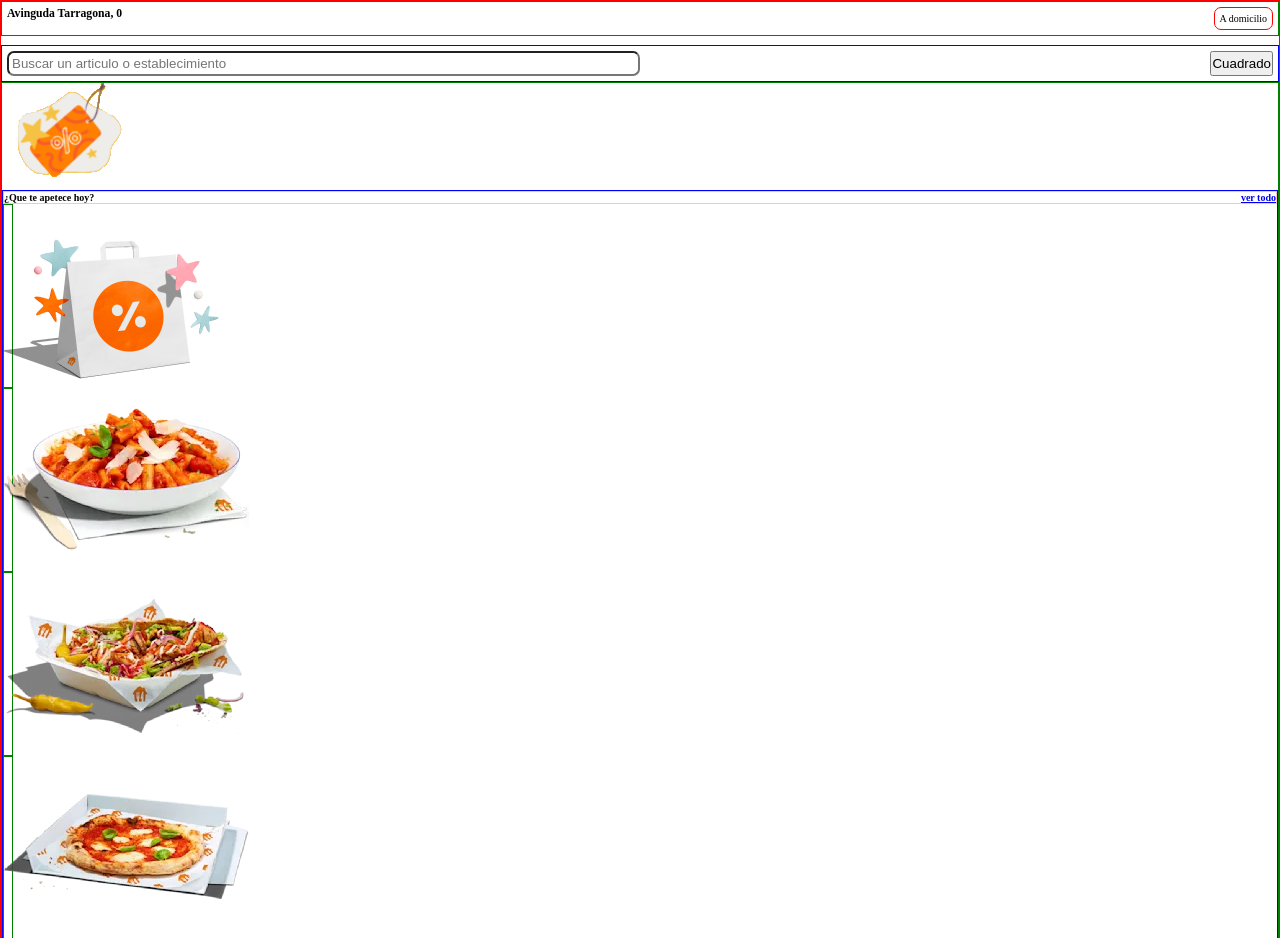
Repository: Srpinedaa/justEat
Page: index.html
The author's editor kept a copy of each file at every save. The page is drawn from the files as they stood at one save, then again after the next save.
The browser window is 1280 px wide. The pictures show the part of the page from y = 0 to 938 px (the page is 1992 px tall before and 2005 px after).
A picture or video elsewhere on the page could not be fetched, so the positions and the page height are approximate.

Above is the page before, as saved 2024-09-26 16:11:12.

### index.html
<!DOCTYPE html>
<html lang="en">

<head>
    <meta charset="UTF-8">
    <meta name="viewport" content="width=, initial-scale=1.0">
    <title>Just Eat</title>
    <link rel="stylesheet" href="css/estilos.css">
</head>

<body>
    <div id="all">
        <header>
            <div id="navDireccion">
                <h3 class = "direccion">Avinguda Tarragona, 0</h3>
                <div class= "formaPedido">
                    <p>A domicilio</p>
                </div>
            </div>

            <div id="navBuscador">
                <input type="text" placeholder="Buscar un articulo o establecimiento">
                <button>Cuadrado</button>
            </div>
        </header>
        <main>
            <div id = "contenido">
                <div id="slideShow">
                    <img src="img/descuento.png" alt="descuentos">
                </div>
                <div id="bloque1">
                    <section class="bloque1Sesion1">
                        <h4>¿Que te apetece hoy?</h4>
                        <h4><a href="#">ver todo</a></h4>
                    </section>
                    <section class="bloque1Sesion2">
                        <div class="fotoComida"> <img src="img/ofertas.png" alt="ofertas"></div>
                        <div class="fotoComida"> <img src="img/italiana.png" alt="italiana"></div>
                        <div class="fotoComida"> <img src="img/kebab.png" alt="kebab"></div>
                        <div class="fotoComida"> <img src="img/pizza.png" alt="pizza"></div>
                    </section>
                </div>
                <div id="bloque2">
                    <section></section>
                </div>
                <div id="bloque3">
                    <h2>Pedir en 3 locales</h2>
                    <section class="bloquePedidos">
                        <div class="pedido">
                            <div class="imagenPedido">
                                <img src="img/54546.jpg" alt="pizza">
                            </div>
                            <div class="informacionPedido">
                                <h5>Telepiza Tarrega</h5>
                                <p>4.0(27)</p>
                                <p>Pizza, italiana</p>
                                <p>25-40 mins 1.95€ entrega Min 13.95€</p>
                                <p>20% de descuentos en articulos selecionados</p>
                            </div>
                        </div>
                        <div class="pedido">
                            <div class="imagenPedido">
                                <img src="img/54546.jpg" alt="pizza">
                            </div>
                            <div class="informacionPedido">
                                <h5>Bon sabor</h5>
                                <p>4.5(26)</p>
                                <p>Kebab, pizza</p>
                            </div>
                        </div>
                        <div class="pedido">
                            <div class="imagenPedido">
                                <img src="img/54546.jpg" alt="pizza">
                            </div>
                            <div class="informacionPedido">
                                <h5>Doner Kebab Rey</h5>
                                <p>3.7(3)</p>
                                <p>Kebab, pizza</p>
                                <p>1.6km</p>
                            </div>
                        </div>
                    </section>
                </div>
            </div>
        </main>
        <footer></footer>
    </div>
</body>

</html>

### css/estilos.css
*{
    margin: 0;
    padding: 0;
    box-sizing: border-box;
}

html{
    font-size: 62.5%;
}

#all{
    border: 1px solid red;
}

#navDireccion{
    border: 1px solid green;
    display: flex;
    justify-content: space-between;
    margin-bottom: 9px;
    padding: 5px;
}

.formaPedido{
    border: 1px solid red;
    border-radius: 7px;
    padding: 5px;
}

#navBuscador{
    padding: 5px;
    border: 1px solid blue;
    display: flex;
    justify-content: space-between;
}

#navBuscador input{
    width: 50%;
    border-radius: 7px;
    padding: 3px;
}

#navBuscador button{

}

.buscador{
    border: 1px solid red;
    border-radius: 7px;
    padding: 5px;
}

#contenido{
    border: 1px solid green;
}

#bloque1{
    border: 1px solid blue;
    display: flex;
    flex-direction: column;
}

.bloque1Sesion1{
    border: 1px solid pink;
    display: flex;
    justify-content: space-between;
}

/* .bloque1Sesion2{
    border: 1px solid brown;
    display: flex;
    flex-direction: row;
} */

.fotoComida{
    border: 1px solid green;
    width: 1rem;

}

After the next save:
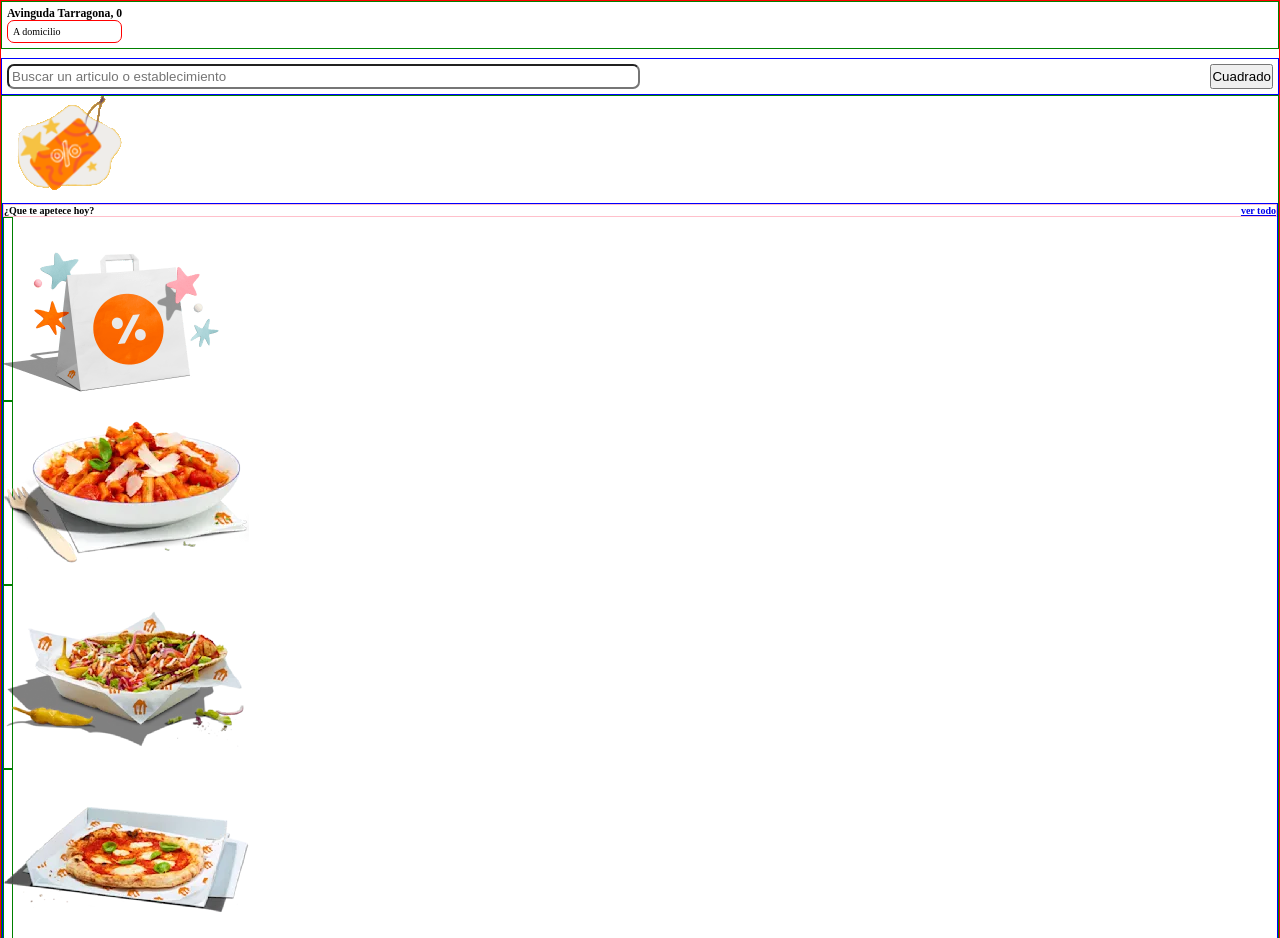
Saved 52 s later.
--- a/index.html
+++ b/index.html
@@ -12,10 +12,13 @@
     <div id="all">
         <header>
             <div id="navDireccion">
-                <h3 class = "direccion">Avinguda Tarragona, 0</h3>
-                <div class= "formaPedido">
-                    <p>A domicilio</p>
+                <div>
+                    <h3 class = "direccion">Avinguda Tarragona, 0</h3>
+                    <div class= "formaPedido">
+                        <p>A domicilio</p>
+                    </div>
                 </div>
+
             </div>
 
             <div id="navBuscador">

After the 5 saves that followed:
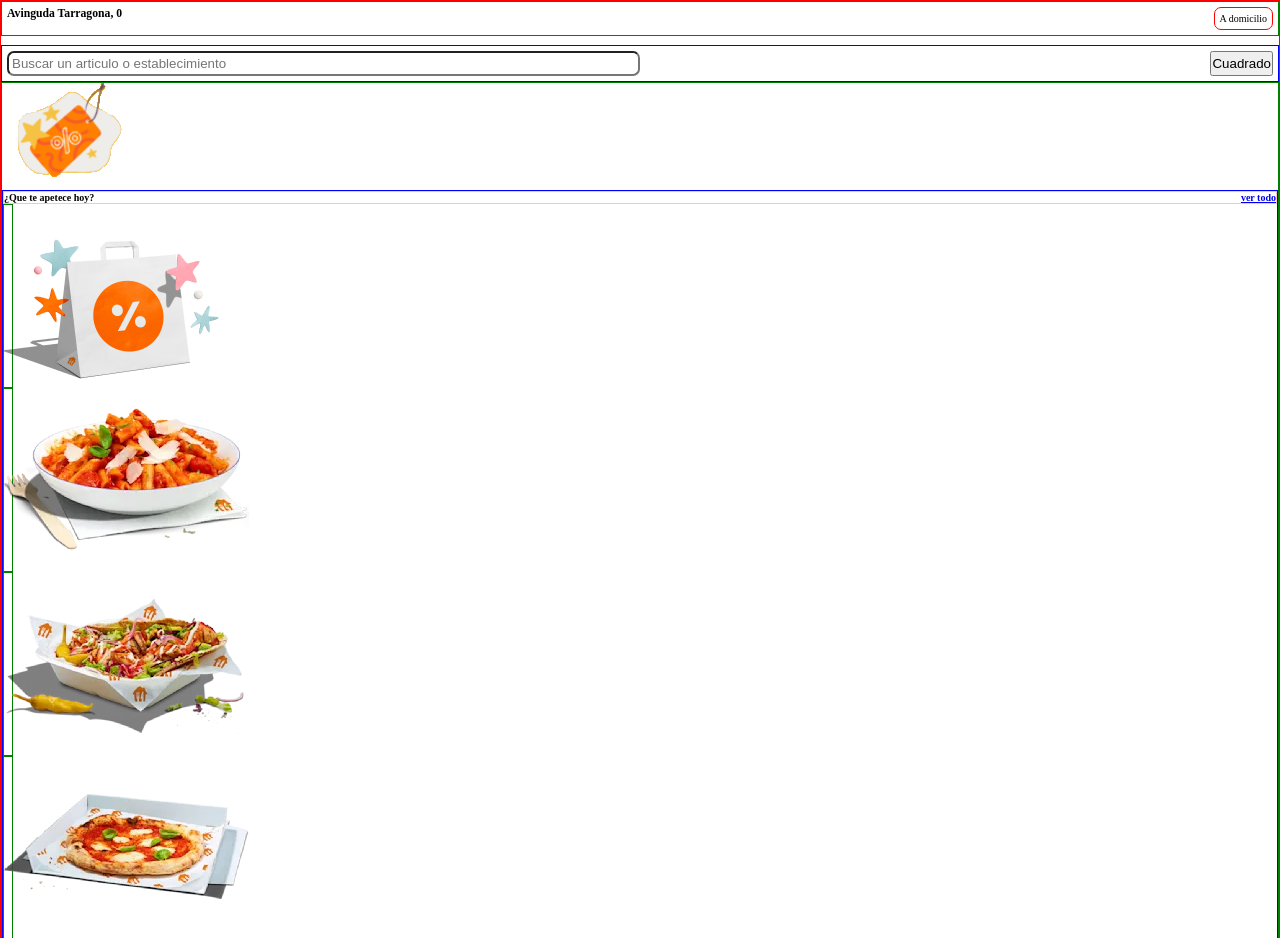
The 5 saves are shown as one change because 2 left the picture as it was and some came seconds apart.
The last was saved 56 s later.
--- a/index.html
+++ b/index.html
@@ -12,13 +12,10 @@
     <div id="all">
         <header>
             <div id="navDireccion">
-                <div>
-                    <h3 class = "direccion">Avinguda Tarragona, 0</h3>
-                    <div class= "formaPedido">
-                        <p>A domicilio</p>
-                    </div>
+                <h3 class = "direccion">Avinguda Tarragona, 0</h3>
+                <div class= "formaPedido">
+                    <p>A domicilio</p>
                 </div>
-
             </div>
 
             <div id="navBuscador">
--- a/css/estilos.css
+++ b/css/estilos.css
@@ -19,6 +19,7 @@
     margin-bottom: 9px;
     padding: 5px;
 }
+
 
 .formaPedido{
     border: 1px solid red;
